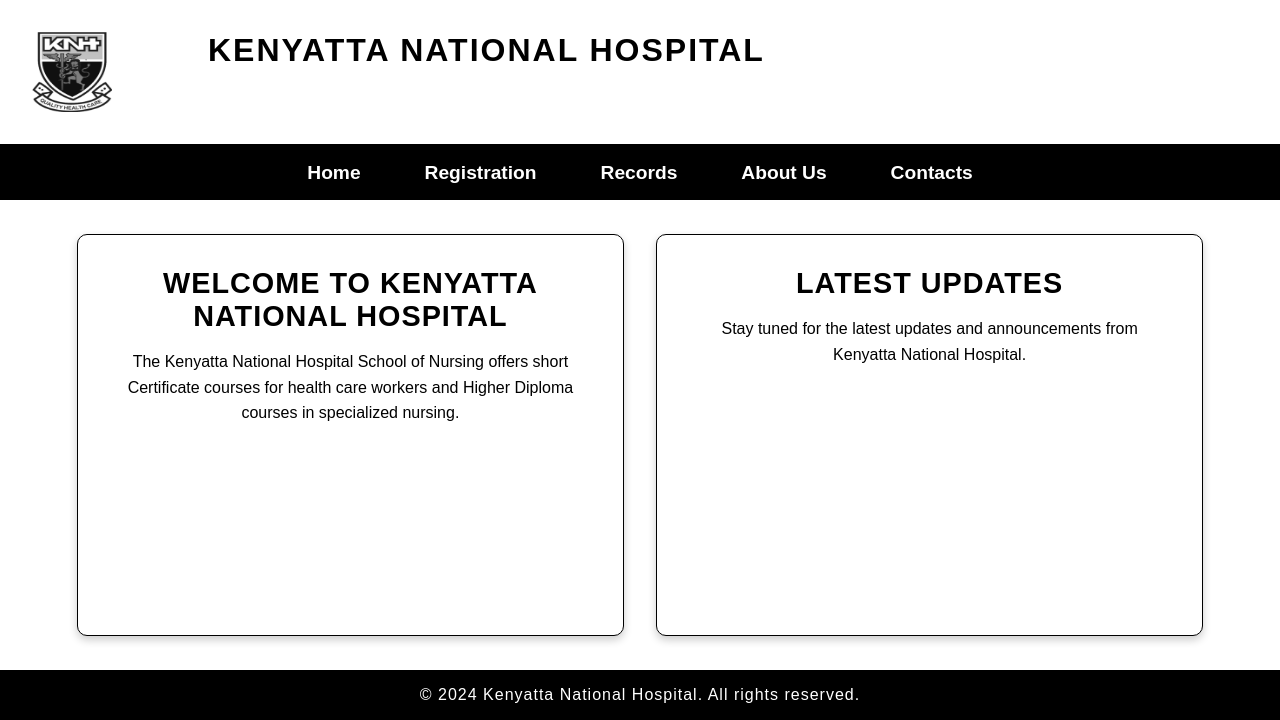
Repository: EphrahimLaanyu123/wsp
Page: index.html
An editor plug-in stored every save of this project. The page is shown before and after a run of saves, followed by the edit.
The browser window is 1280 px wide. The pictures show the whole page.

Above is the page before, as saved 2025-03-14 09:00:05.

### index.html
<!DOCTYPE html>
<html lang="en">
<head>
    <meta charset="UTF-8">
    <meta name="viewport" content="width=device-width, initial-scale=1.0">
    <title>Kenyatta National Hospital</title>
    <link rel="stylesheet" href="styles.css">
</head>
<body>

    <header class="header">
        <div class="header-content">
            <img src="/transparent_logo.png" alt="Kenyatta National Hospital Logo" class="logo">
            <h1 class="header-title">Kenyatta National Hospital</h1>
        </div>
    </header>

    <nav class="nav">
        <ul>
            <li><a href="index.html">Home</a></li>
            <li><a href="Registration.html">Registration</a></li>
            <li><a href="table.html">Records</a></li>
            <li><a href="about.html">About Us</a></li>
            <li><a href="contacts.html">Contacts</a></li>
        </ul>
    </nav>

    <main class="sectionaside">
        <section class="section">
            <h2>Welcome to Kenyatta National Hospital</h2>
            <p>The Kenyatta National Hospital School of Nursing offers short Certificate courses for health care workers and Higher Diploma courses in specialized nursing.</p>
        </section>

        <aside class="aside">
            <h2>Latest Updates</h2>
            <p>Stay tuned for the latest updates and announcements from Kenyatta National Hospital.</p>
        </aside>
    </main>

    <footer class="footer">
        <p>&copy; 2024 Kenyatta National Hospital. All rights reserved.</p>
    </footer>

    <script src="script.js"></script>

</body>
</html>

### styles.css
* {
    margin: 0;
    padding: 0;
    box-sizing: border-box;
    font-family: 'Arial', sans-serif;
}

body {
    background-color: white;
    color: black;
    min-height: 100vh;
    display: flex;
    flex-direction: column;
}

.header {
    background-color: white;
    padding: 2rem;
    border-bottom: 2px solid black;
}

.header-content {
    display: flex;
    gap: 6rem;
}

.logo {
    width: 80px;
    height: 80px;
    filter: grayscale(100%);
}

.header-title {
    font-size: 2rem;
    font-weight: bold;
    color: black;
    text-transform: uppercase;
    letter-spacing: 2px;
}

.nav {
    background-color: black;
    padding: 1rem;
    text-align: center;
    border-bottom: 2px solid white;
}

.nav ul {
    list-style: none;
    display: flex;
    justify-content: center;
    gap: 2rem;
}

.nav ul li {
    display: inline;
}

.nav ul li a {
    text-decoration: none;
    color: white;
    font-size: 1.2rem;
    font-weight: bold;
    padding: 0.5rem 1rem;
    transition: all 0.3s ease-in-out;
    border-radius: 5px;
}

.nav ul li a:hover {
    background-color: white;
    color: black;
    box-shadow: 0 0 10px rgba(255, 255, 255, 0.5);
}
.sectionaside {
    flex: 1;
    display: flex;
    flex-wrap: wrap;
    justify-content: center;
    gap: 2rem;
    padding: 2rem;
}

.section, .aside {
    flex: 1;
    max-width: 45%;
    min-width: 300px;
    padding: 2rem;
    border-radius: 10px;
    background-color: white;
    text-align: center;
    box-shadow: 0 4px 8px rgba(0, 0, 0, 0.2);
    border: 1px solid black;
}

.section h2, .aside h2 {
    font-size: 1.8rem;
    margin-bottom: 1rem;
    color: black;
    text-transform: uppercase;
    letter-spacing: 1px;
}

.section p, .aside p {
    font-size: 1rem;
    line-height: 1.6;
    color: black;
}

.footer {
    background-color: black;
    color: white;
    text-align: center;
    padding: 1rem;
    border-top: 2px solid white;
}

.footer p {
    margin: 0;
    font-size: 1rem;
    letter-spacing: 1px;
}

Loaded but not shown: script.js (no stored copy; drawn as an empty file)

After the next 3 saves:
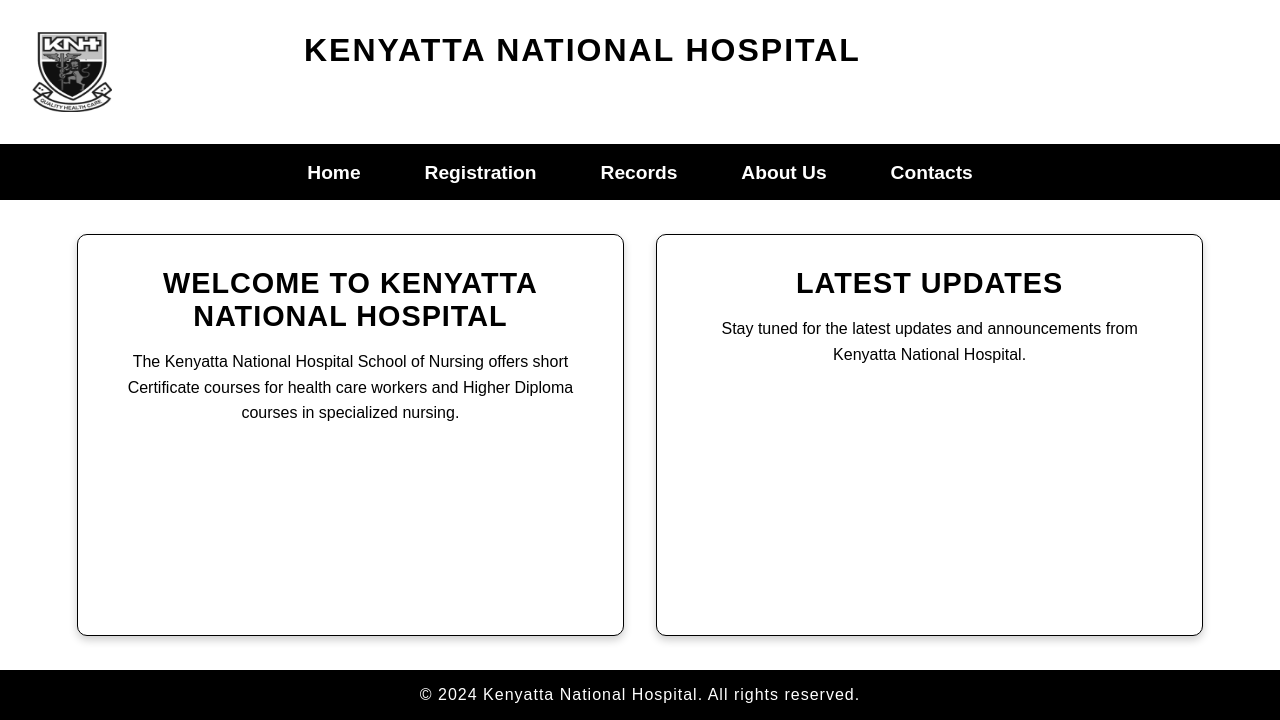
The 3 saves are shown as one change because they came seconds apart.
The last was saved 8 s later.
--- a/styles.css
+++ b/styles.css
@@ -21,7 +21,7 @@
 
 .header-content {
     display: flex;
-    gap: 6rem;
+    gap: 12rem;
 }
 
 .logo {
